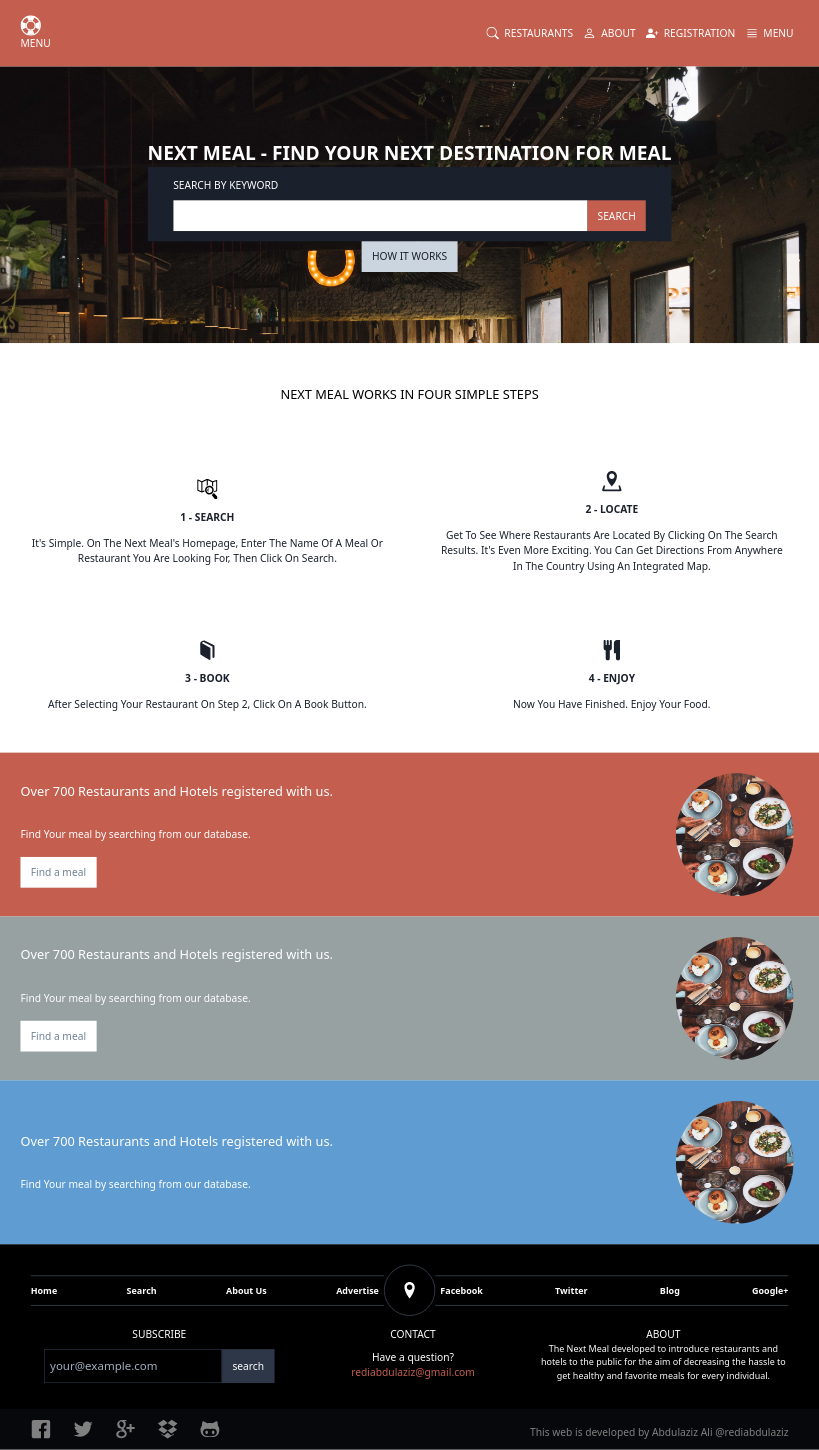
Repository: layzrd/nextmeal
Page: public/index.html
These files come from the project's save history. The page is drawn as it stood at one moment and after a run of saves; the edit follows.
The browser window is 1280 px wide. The pictures show the whole page, at 64% of full size.
Some web libraries are served in a nearby version.

Above is the page before, as saved 2020-06-26 18:32:32.

After the next 3 saves:
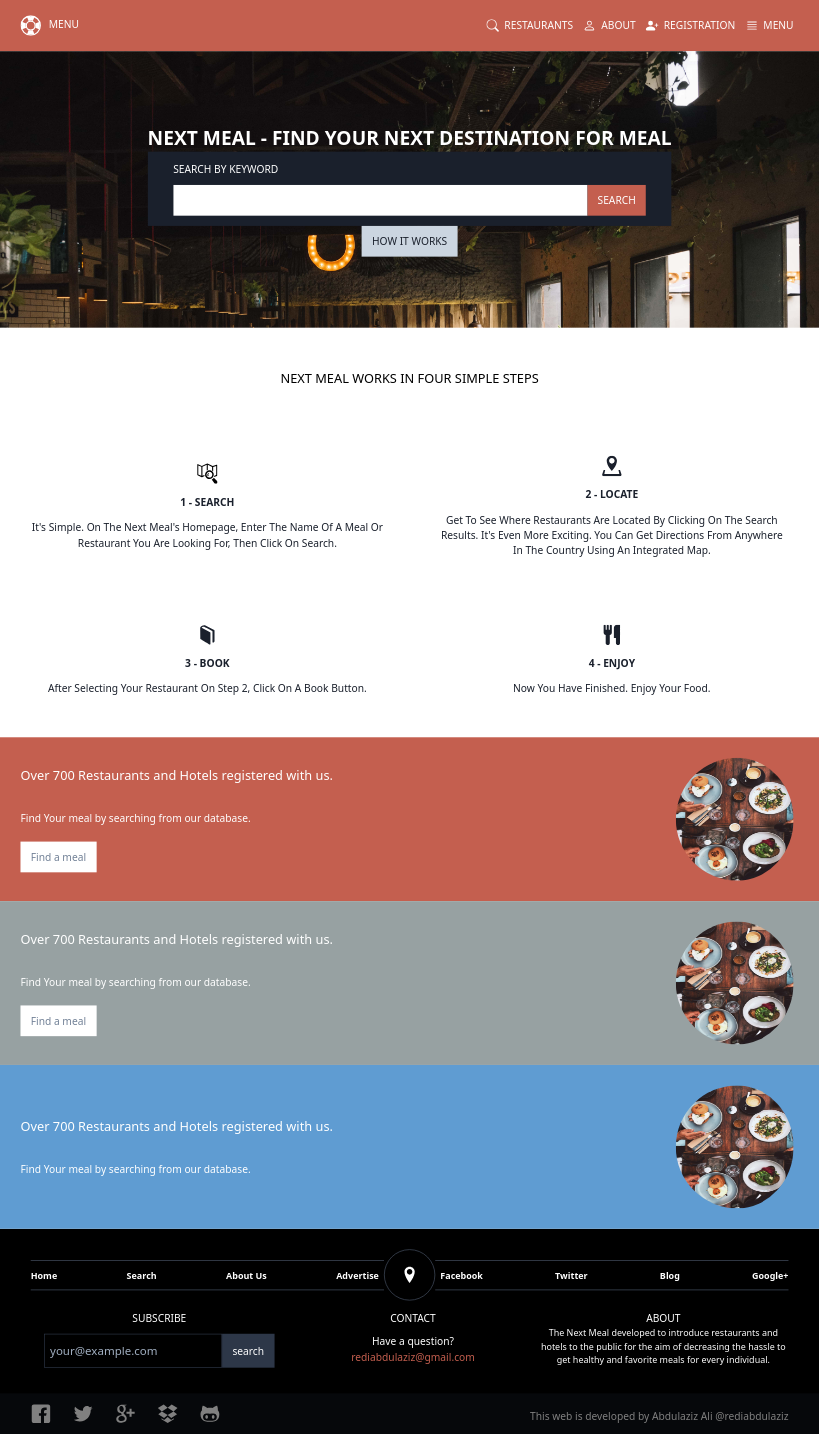
The 3 saves are shown as one change because they came seconds apart.
The last was saved 25 s later.
--- a/public/index.html
+++ b/public/index.html
@@ -13,8 +13,8 @@
     <header class="bg-prime">
       <nav class="flex items-center justify-center md:justify-start lg:justify-between flex-wrap p-6">
         <div class="flex items-center flex-shrink-0 text-white mr-6">
-          <a href="index.html" class="ml-2 hidden lg:inline uppercase flex flex-no-wrap">
-            <svg class="h-8 w-8 mr-2" viewBox="0 0 16 16" fill="currentColor" xmlns="http://www.w3.org/2000/svg">
+          <a href="index.html" class="ml-2 hidden lg:inline uppercase">
+            <svg class="h-8 w-8 mr-2 inline-block" viewBox="0 0 16 16" fill="currentColor" xmlns="http://www.w3.org/2000/svg">
               <path fill-rule="evenodd" d="M8 15A7 7 0 1 0 8 1a7 7 0 0 0 0 14zm0 1A8 8 0 1 0 8 0a8 8 0 0 0 0 16z" />
               <path fill-rule="evenodd" d="M8 11a3 3 0 1 0 0-6 3 3 0 0 0 0 6zm0 1a4 4 0 1 0 0-8 4 4 0 0 0 0 8z" />
               <path
